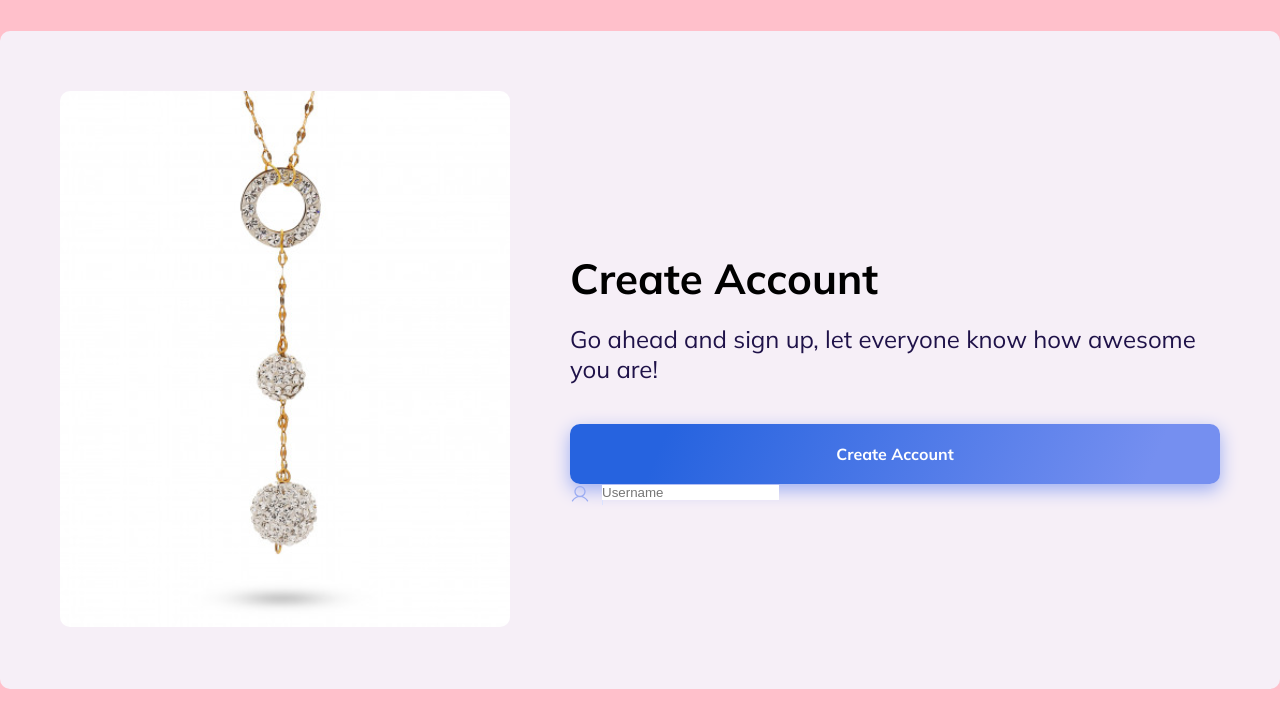
Repository: codezeloss/Valinteca-task
Page: signup.html
An editor plug-in stored every save of this project. The page is shown before and after the next save, followed by the edit.
The browser window is 1280 px wide. The pictures show the whole page.

Above is the page before, as saved 2022-12-09 19:40:05.

### signup.html
<!DOCTYPE html>
<html lang="en">
  <head>
    <meta charset="UTF-8" />
    <meta http-equiv="X-UA-Compatible" content="IE=edge" />
    <meta name="viewport" content="width=device-width, initial-scale=1.0" />

    <link rel="preconnect" href="https://fonts.googleapis.com">
    <link rel="preconnect" href="https://fonts.gstatic.com" crossorigin>
    <link href="https://fonts.googleapis.com/css2?family=Mulish:wght@400;700;800&display=swap" rel="stylesheet">

    <link rel="stylesheet" href="css/styles.css" />
    <link rel="stylesheet" href="css/signup-page.css" />

    <title>Signup page</title>
  </head>

<body>
  <div class="container">
    <div class="box-container">
      <div>
        <img
          class="welcome-img"
          src="./images/desktop/signup-image-desktop.svg"
          alt="image"
        />
      </div>

      <div class="flexcol-box">
      <div>
        <h1 class="heading heading-secondary">Create Account</h1>
        <p class="text">Go ahead and sign up, let everyone know how awesome you are!</p>
        <button class="btn">Create Account</button>
      </div>

      <form>
        <div class="form-box">
          <div><img class="icon" src="./images/icons/user.svg" alt="user"/></div>
          <div class="line"/>
          <input type="text" placeholder="Username"/>
        </div>
        <div></div>
        <div></div>
        <div></div>
      </form>
    </div>
    </div>
  </div>
</body>

</html>

### css/styles.css
* {
  margin: 0;
  padding: 0;
  box-sizing: border-box;
}

html {
  font-size: 62.5%;
}

body {
  font-family: sans-serif;
  color: #000;
}

.container {
  display: flex;
  justify-content: center;
  align-items: center;
  height: 100vh;
  background-color: pink;
}

.box-container {
  display: flex;
  flex-direction: row;
  gap: 60px;
  align-items: center;
  margin: 0 auto;
  background: rgba(245, 247, 255, 0.85);
  border-radius: 10px;
  padding: 60px;
}

.heading {
  font-family: "Mulish", sans-serif;
  font-style: normal;
  font-weight: 700;
  line-height: 120%;
  margin-bottom: 20px;
}

.heading-primary {
  font-size: 56px;
}

.heading-secondary {
  font-size: 42px;
}

.text {
  font-family: "Mulish", sans-serif;
  font-style: normal;
  font-weight: 400;
  font-size: 24px;
  color: #1f1249;
  margin-bottom: 40px;
}

.btn {
  width: 100%;
  height: 60px;
  font-family: "Mulish";
  font-style: normal;
  font-weight: 700;
  font-size: 16px;
  border: none;
  cursor: pointer;
  background: linear-gradient(113.87deg, #2663df 14.81%, #758ff0 88.76%);
  box-shadow: 0px 6px 18px #9cadf2;
  border-radius: 10px;
  color: #ffffff;
}

### css/signup-page.css
.flexcol-box {
  display: flex;
  flex-direction: column;
  margin-top: 40px;
}

.signup-img {
  width: 450px;
  height: 536px;
  border-radius: 10px;
}

.icon {
  width: 20px;
  height: 20px;
}

.form-box {
  display: flex;
  flex-direction: row;
  gap: 12px;
  align-items: center;
}

.line {
  width: 1px;
  height: 20px;
  background: #DBE3FF;
}

form input {
  border: none;
}

After the next save:
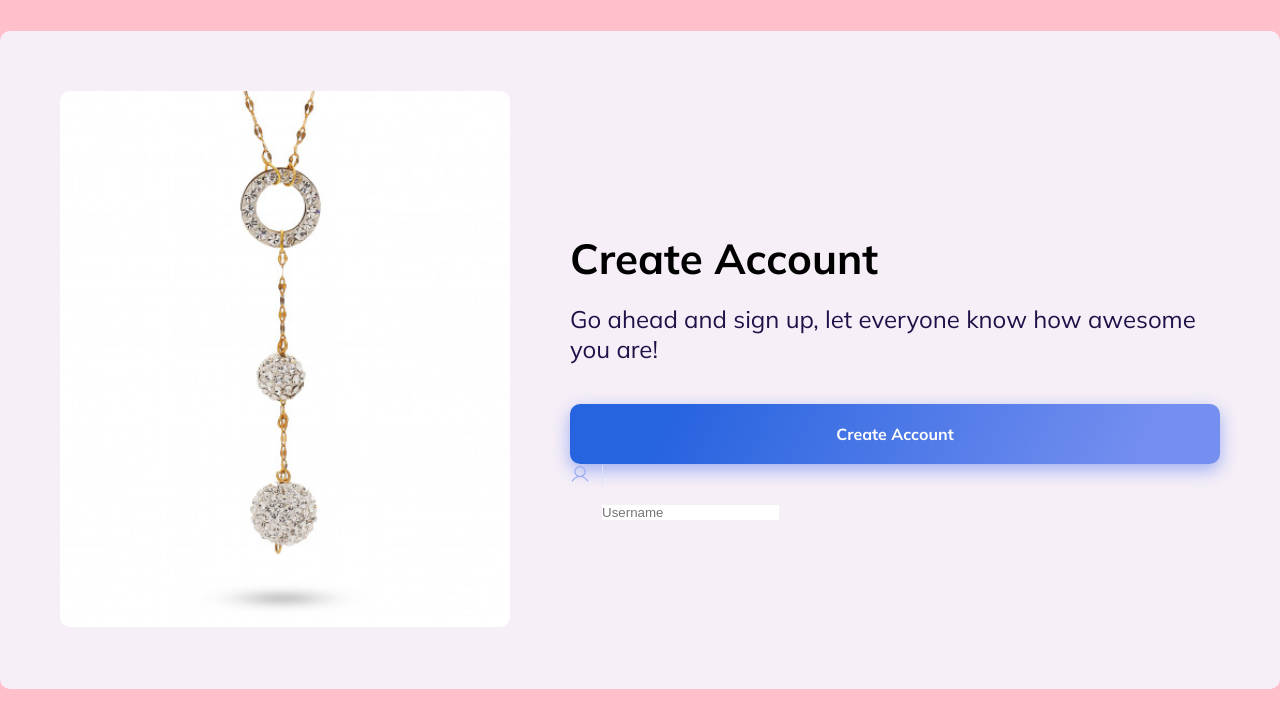
Saved 15 s later.
--- a/css/signup-page.css
+++ b/css/signup-page.css
@@ -1,7 +1,6 @@
 .flexcol-box {
   display: flex;
   flex-direction: column;
-  margin-top: 40px;
 }
 
 .signup-img {
@@ -30,4 +29,6 @@
 
 form input {
   border: none;
+
+  margin-top: 40px;
 }
